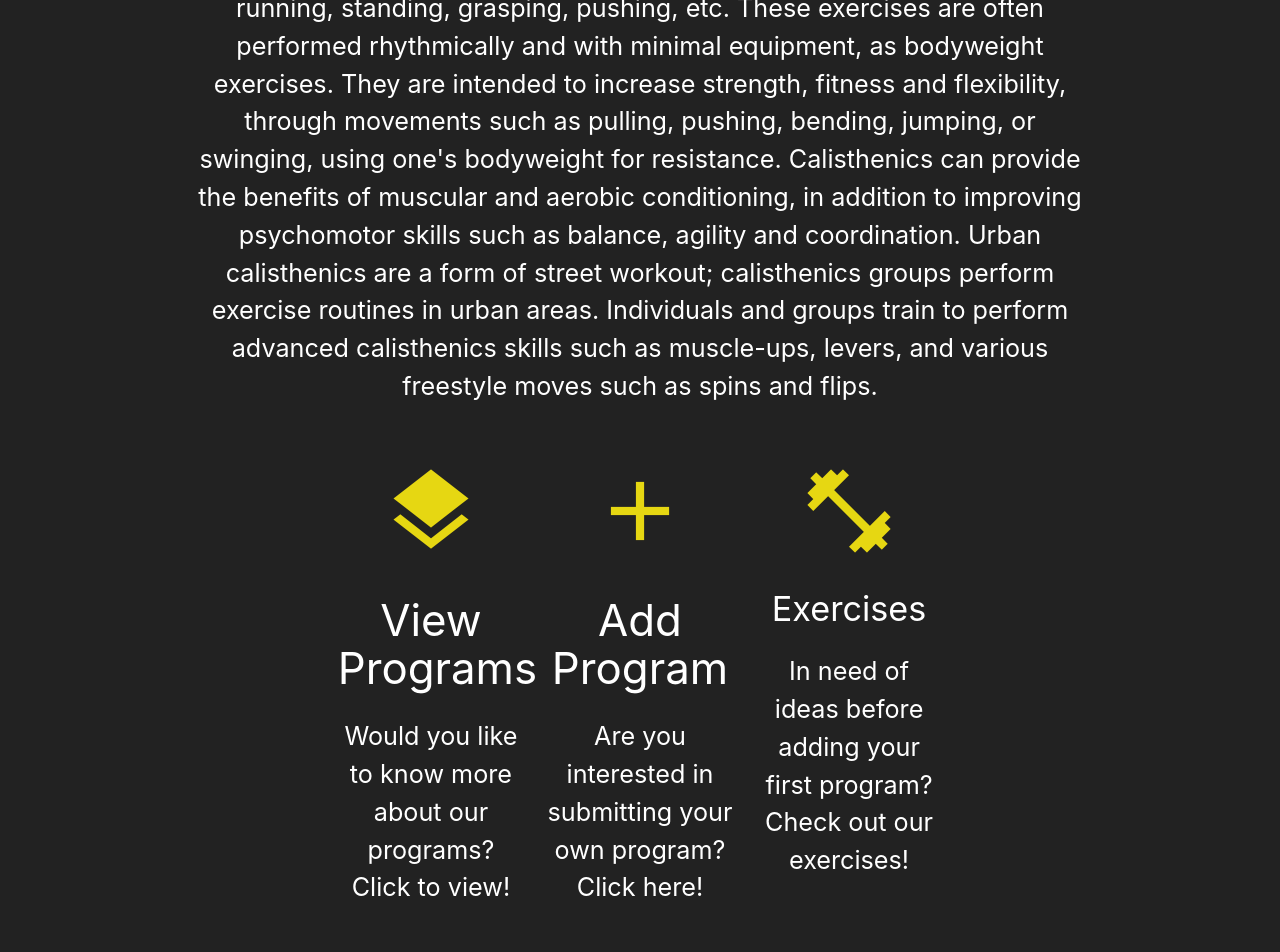
Repository: Ario124/calisthenics-project
Page: http://localhost/
The author's editor kept a record of every edit. The page is drawn from the files as they stood at one moment, then again after the next edit.
The browser window is 1280 px wide. The pictures show the part of the page from y = 1006 to 1958 px (the page is 1958 px tall).
The page is served by the project's application, run on Flask 3 (app.py).

Above is the page before.

After the next edit:
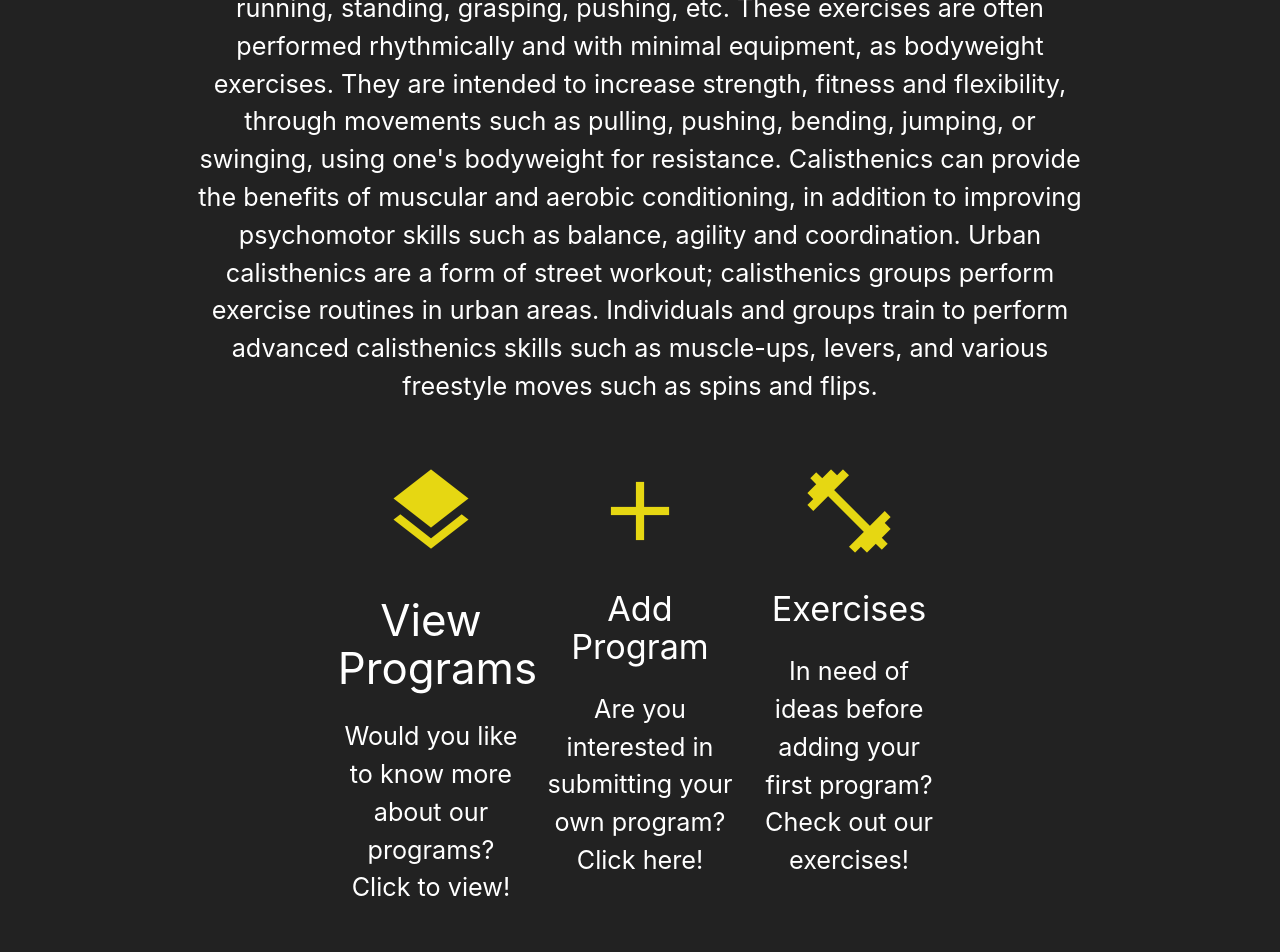
The edit:
--- a/templates/index.html
+++ b/templates/index.html
@@ -59,7 +59,7 @@
       </div>
       <div class="col s4">
           <i class="material-icons icon-size icon-color">add</i>
-        <h3>Add Program</h3>
+        <h4>Add Program</h4>
         <p class="flow-text">Are you interested in submitting your own program? Click here!</p>
       </div>
       <div class="col s4">
